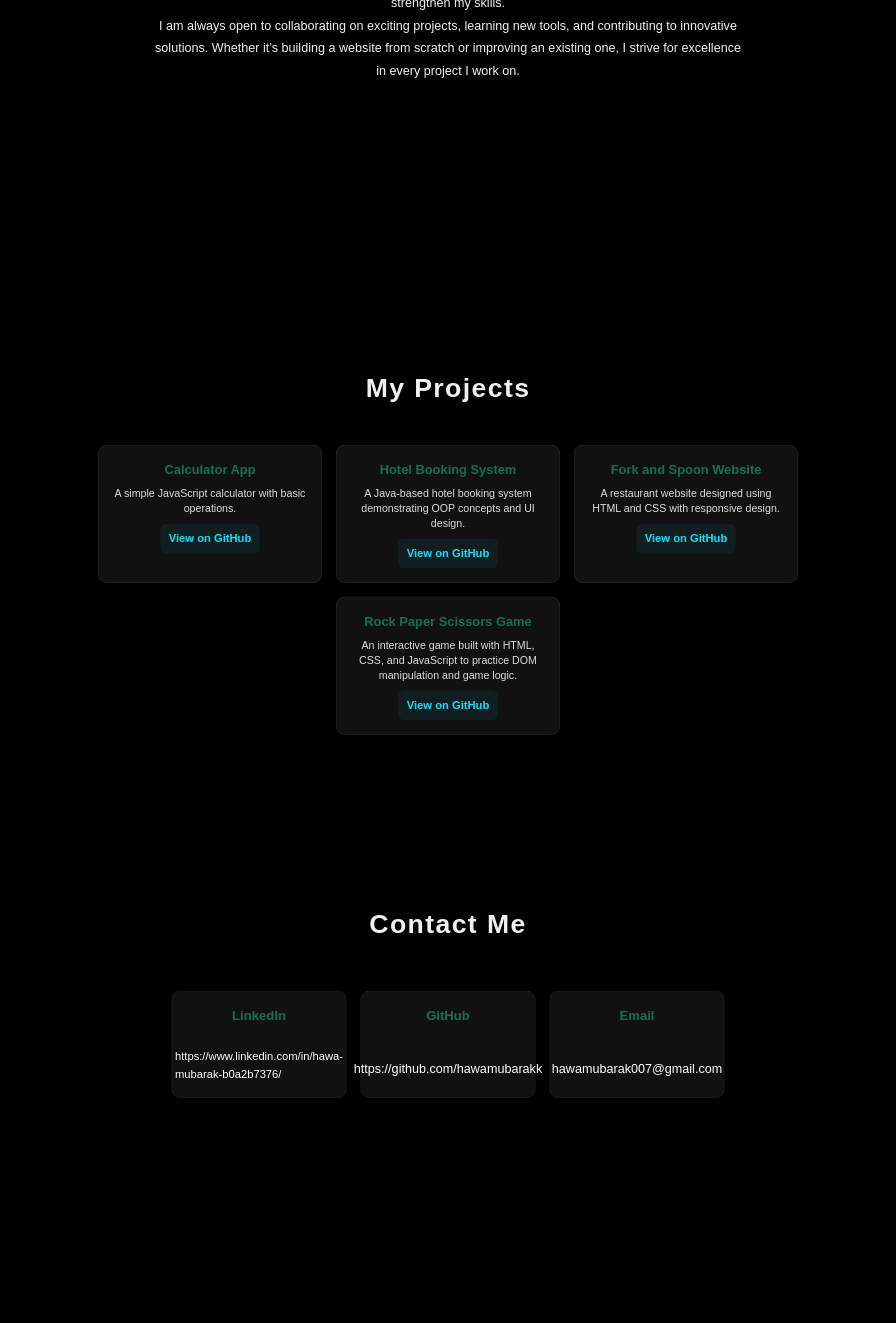
Repository: hawamubarakk/my-portfolio
Page: index.html
An editor plug-in stored every save of this project. The page is shown before and after the next save, followed by the edit.
The browser window is 1280 px wide. The pictures show the part of the page from y = 1101 to 3021 px (the page is 2991 px tall before and 3021 px after), at 70% of full size.

Above is the page before, as saved 2025-08-12 20:51:24.

After the next save:
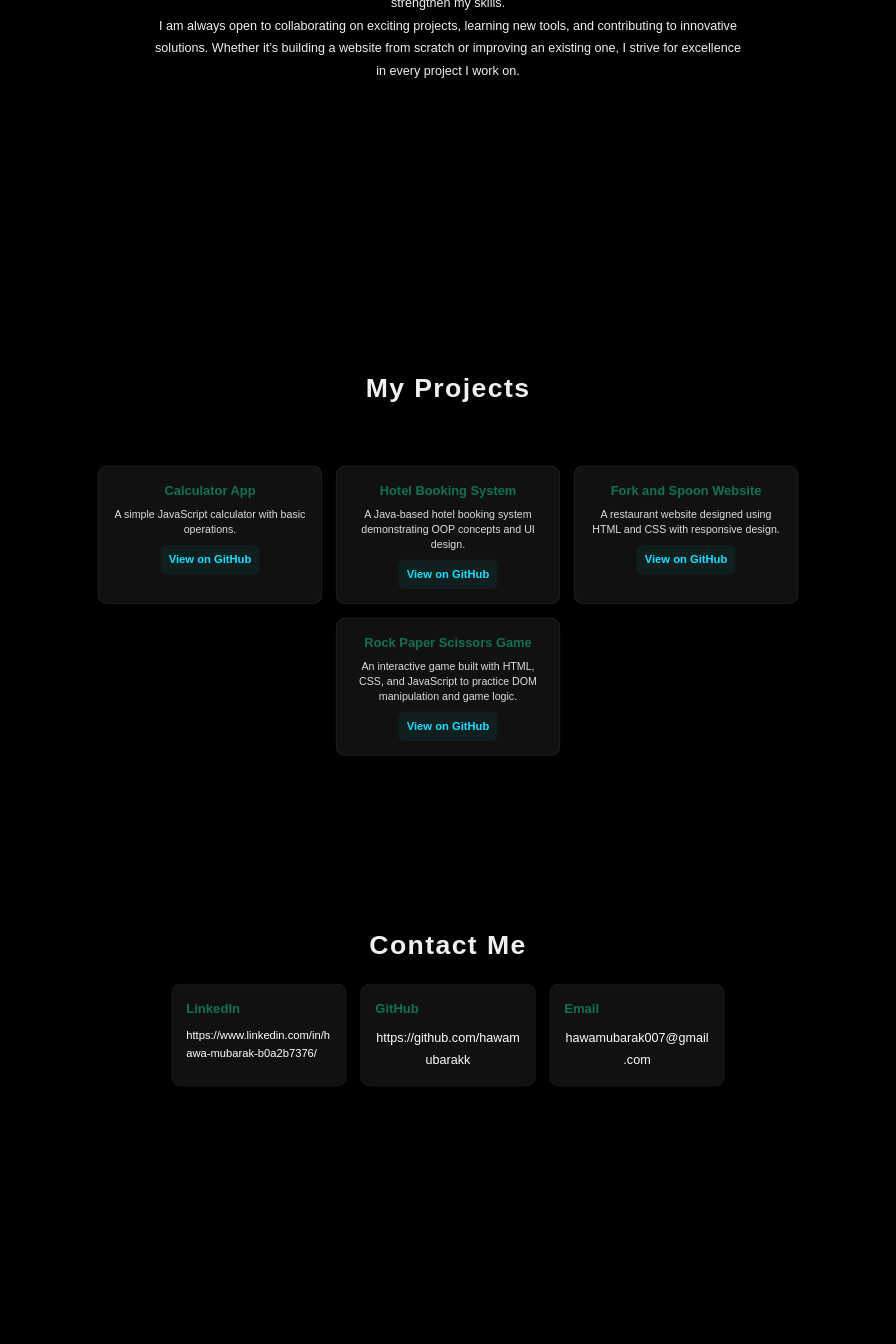
Saved 2 min 41 s later.
--- a/css/style.css
+++ b/css/style.css
@@ -126,13 +126,6 @@ header {
     color: #0d7354;
 }
 
-.contact-box{
-    display: flex;
-    flex-wrap: wrap;
-    gap: 20px;
-    justify-content: center;
-    margin-top: 40px;
-}
 
 /* Projects Grid */
 .projects-grid {
@@ -177,7 +170,7 @@ header {
 }
 
 #projects h2 {
-    margin-bottom: 50px;
+    margin-bottom: 80px;
 }
 
 .project a {
